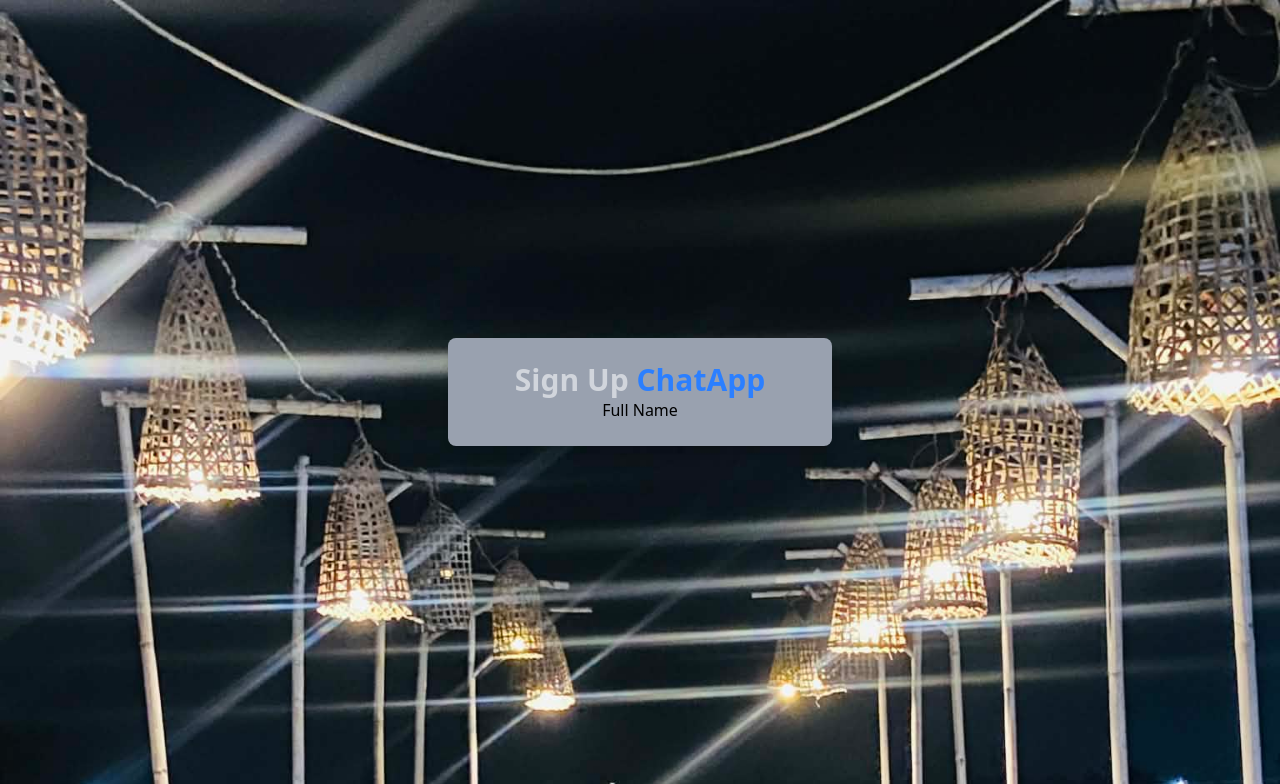
Repository: ridhukhan/chatapp
Page: / (app in frontend/)
An editor plug-in stored every save of this project. The page is shown before and after the next save, followed by the edit.
The browser window is 1280 px wide. The pictures show the whole page.
Backgrounds fixed to the window are drawn as part of the page. The project was rebuilt for these pictures with package versions that can differ from the ones it lists, and the page was loaded fresh each time. Also part of the build but not shown: frontend/vite.config.js, frontend/src/Pages/login/Login.jsx.

Above is the page before, as saved 2025-12-25 13:12:38.

After the next save:
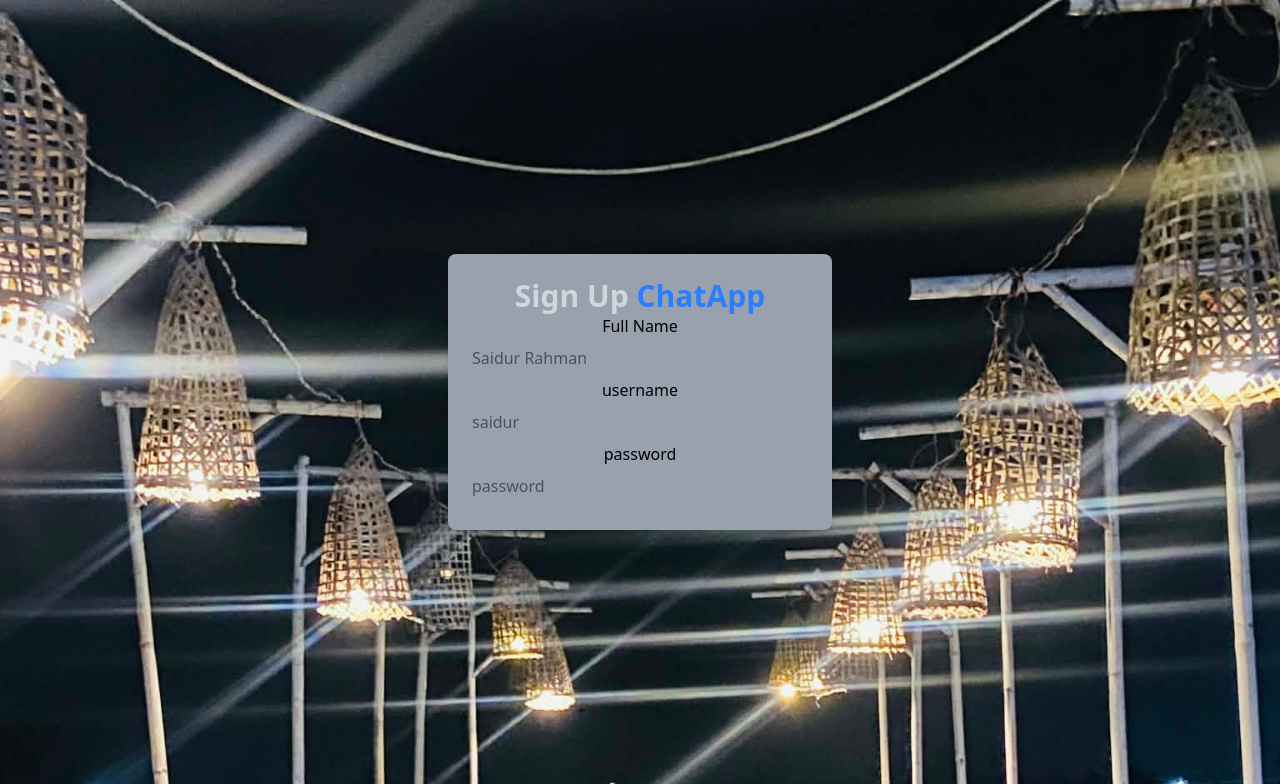
Saved 3 min 38 s later.
--- a/frontend/src/Pages/signup/SignUp.jsx
+++ b/frontend/src/Pages/signup/SignUp.jsx
@@ -15,8 +15,24 @@
     <label  className='label p-2'>
         <span className='text-base label-text'>Full Name</span>
     </label>
+    <input type='text' placeholder='Saidur Rahman' className='w-full input input-bordered  h-10' />
 </div>
 
+<div>
+
+    <label  className='label p-2'>
+        <span className='text-base label-text'>username</span>
+    </label>
+    <input type='text' placeholder='saidur' className='w-full input input-bordered  h-10' />
+</div>
+
+<div>
+
+    <label  className='label p-2'>
+        <span className='text-base label-text'>password</span>
+    </label>
+    <input type='password' placeholder='password' className='w-full input input-bordered  h-10' />
+</div>
 
 
 
